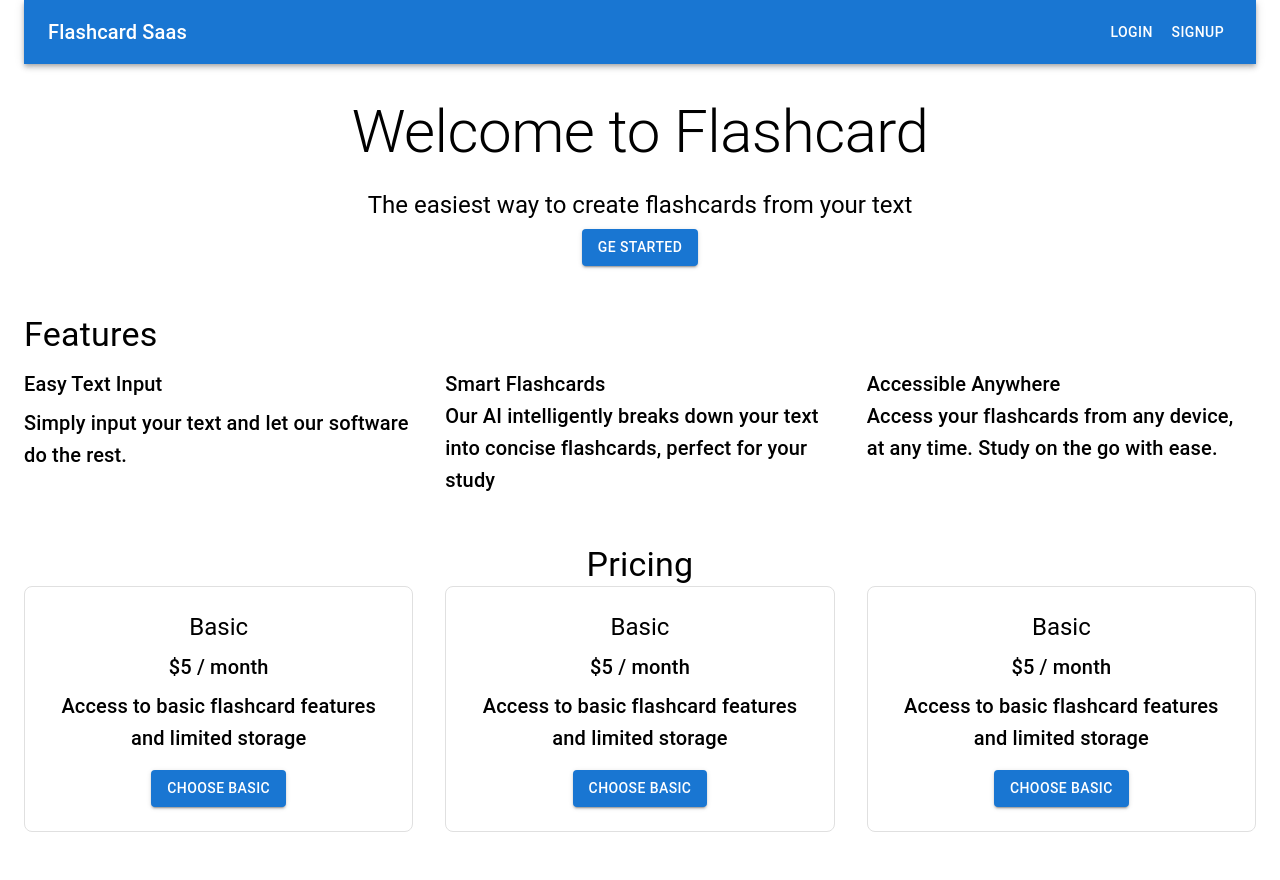
Repository: rakeshpuppala2590/AI-Flashcards-Stripe
Page: /
These files come from the project's save history. The page is drawn as it stood at one moment and after the next save; the edit follows.
The browser window is 1280 px wide. The pictures show the whole page.
The page's requests for data from a server got no answer. The project was rebuilt for these pictures with package versions that can differ from the ones it lists, and the page was loaded fresh each time. Some packages were replaced by stand-ins written for this rebuild. The framework's server and built-in components were replaced by stand-ins that run in the browser. No one was signed in, and anything a server would have sent is missing. Also part of the build but not shown: next.config.mjs.

Above is the page before, as saved 2024-08-12 15:21:40.

After the next save:
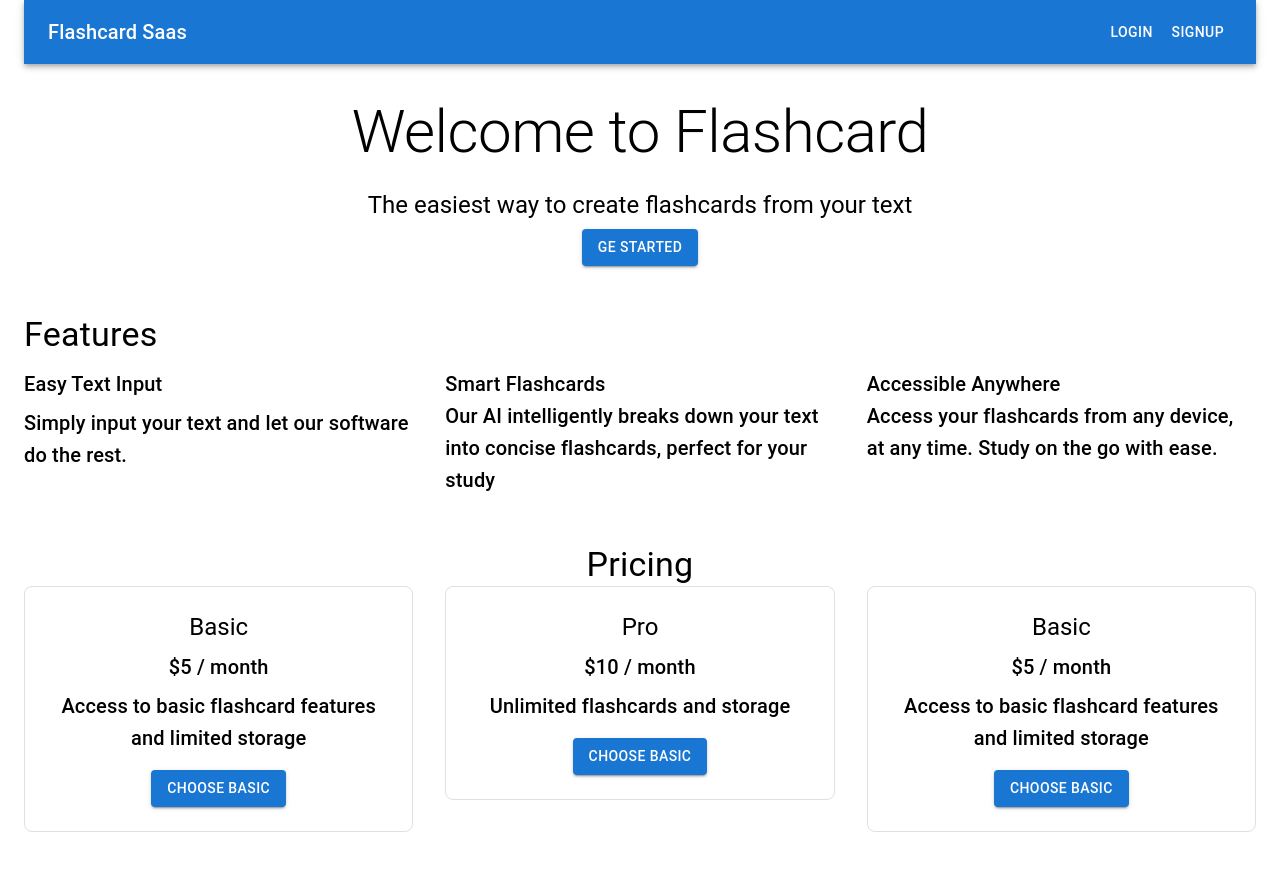
Saved 3 min 33 s later.
--- a/src/app/page.js
+++ b/src/app/page.js
@@ -127,14 +127,14 @@ export default function Home() {
               }}
             >
               <Typography variant="h5" gutterBottom>
-                Basic
+                Pro
               </Typography>
               <Typography variant="h6" gutterBottom>
-                $5 / month{" "}
+                $10 / month{" "}
               </Typography>
               <Typography variant="h6">
                 {" "}
-                Access to basic flashcard features and limited storage
+                Unlimited flashcards and storage
               </Typography>
               <Button variant="contained" color="primary" sx={{ mt: 2 }}>
                 Choose Basic
